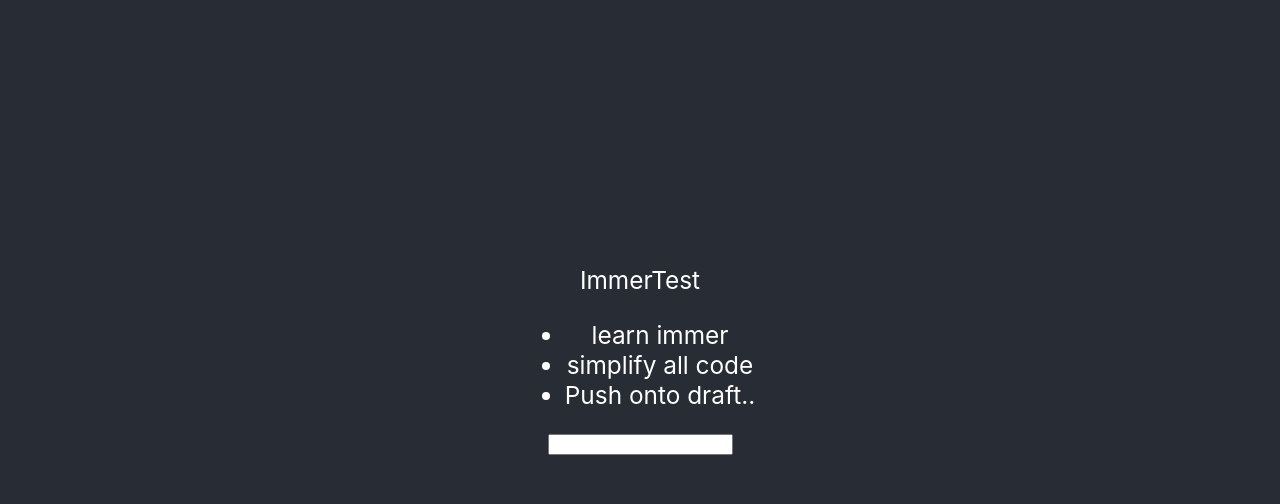
Repository: mhowey-gr8/immer-test
Page: /
An editor plug-in stored every save of this project. The page is shown before and after a run of saves, followed by the edit.
The browser window is 1280 px wide. The pictures show the whole page.
The project was rebuilt for these pictures with package versions that can differ from the ones it lists, and the page was loaded fresh each time.

Above is the page before, as saved 2019-06-20 19:12:01.

### src/App.js
import React from "react";
import "./App.css";
import produce from "immer";
import ImmerTest from "./components/ImmerTest";

function App() {
  const todos = [
    {
      text: "learn immer",
      done: false
    },
    {
      text: "simplify all code",
      done: false
    }
  ];

  const nextTodos = produce(todos, draft => {
    draft.push({ text: "Push onto draft..", done: false });
  });

  return (
    <div className='App'>
      <header className='App-header'>
        <ImmerTest />
        <ul>
          {nextTodos.map(todo => {
            return <li>{todo.text}</li>;
          })}
        </ul>
        <input type='text' />
      </header>
    </div>
  );
}

export default App;

### src/components/ImmerTest.js
import React from "react";

const ImmerTest = () => {
  return <div>ImmerTest</div>;
};

export default ImmerTest;

Loaded but not shown: public/index.html (common file); src/index.js (common file); src/index.css (common file); src/serviceWorker.js (common file); src/App.css (common file)

After the next 5 saves:
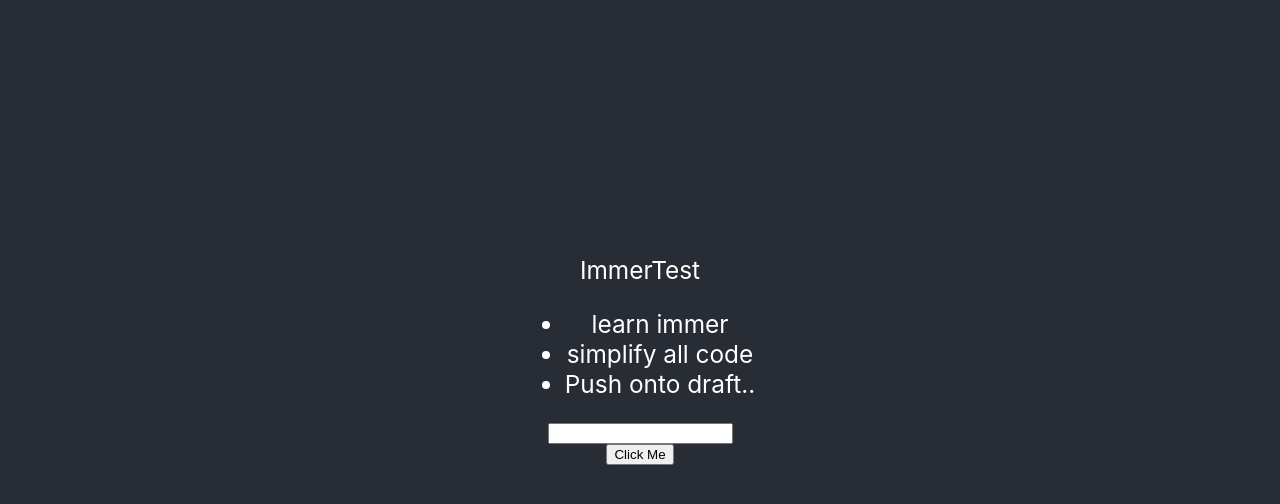
The 5 saves are shown as one change because 2 did not build or start and some came seconds apart.
The last was saved 24 s later.
--- a/src/App.js
+++ b/src/App.js
@@ -29,6 +29,7 @@ function App() {
           })}
         </ul>
         <input type='text' />
+        <button>Click Me</button>
       </header>
     </div>
   );
